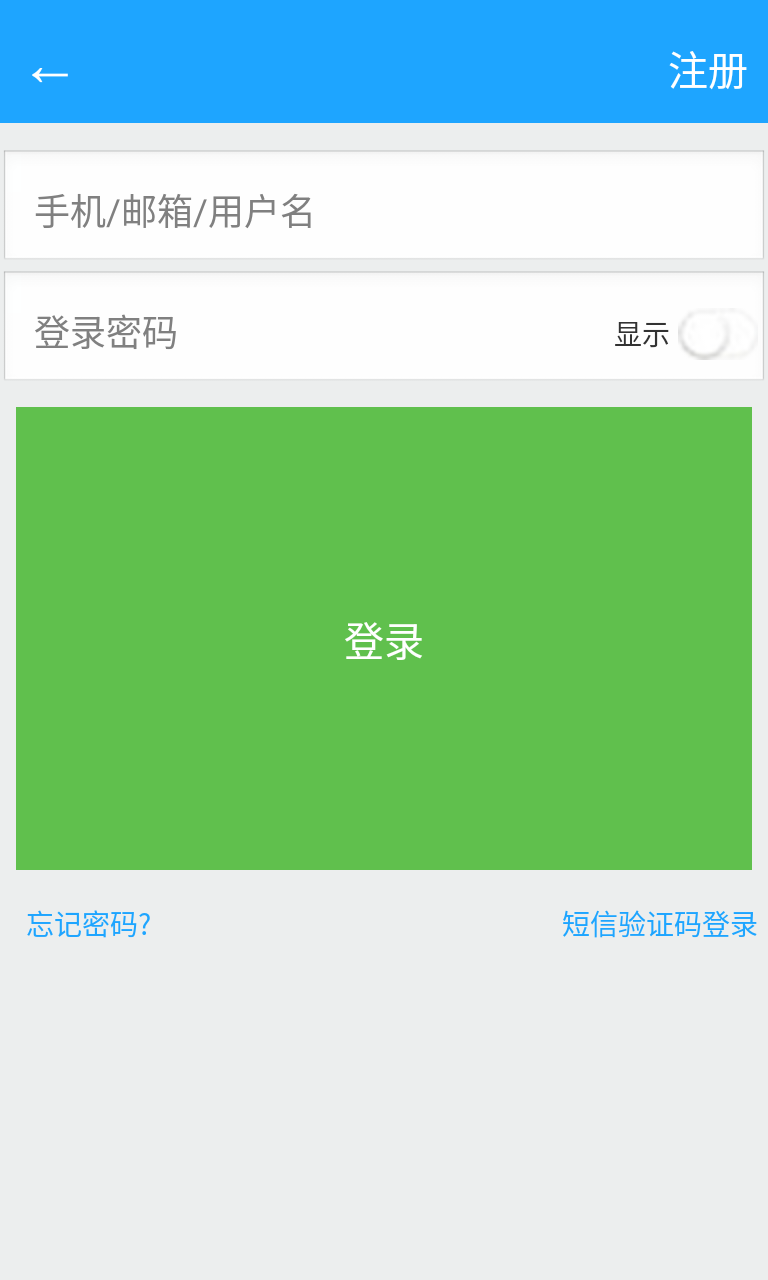
Repository: shi1hh/v
Layout: HungryTest/res/layout/login.xml
These files come from the project's save history. The layout is drawn as it stood at one moment and after the next save; the edit follows.
It is drawn on a 768 x 1280 px phone screen (xhdpi) without system bars, with theme android:Theme.Light.NoTitleBar; the app's code is not run.

Above is the layout before, as saved 2015-10-24 18:04:39.

After the next save:
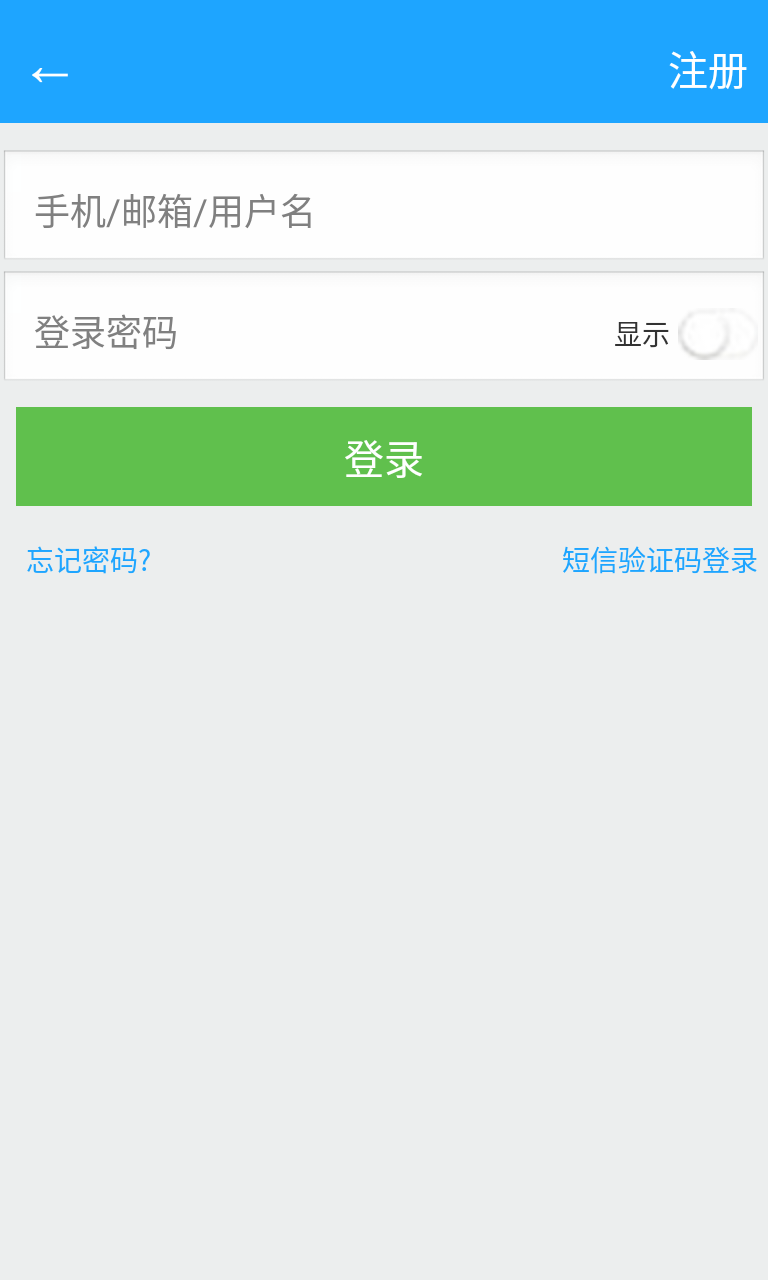
Saved 4 min 2 s later.
--- a/HungryTest/res/values/styles.xml
+++ b/HungryTest/res/values/styles.xml
@@ -59,7 +59,7 @@
     <style name="login_">
         <item name="android:textSize">20sp</item>
         <item name="android:textColor">#ffffff</item>
-        <item name="android:padding">101dp</item>
+        <item name="android:padding">10dp</item>
         <item name="android:gravity">center</item>
         <item name="android:text">登录</item>
     </style>
